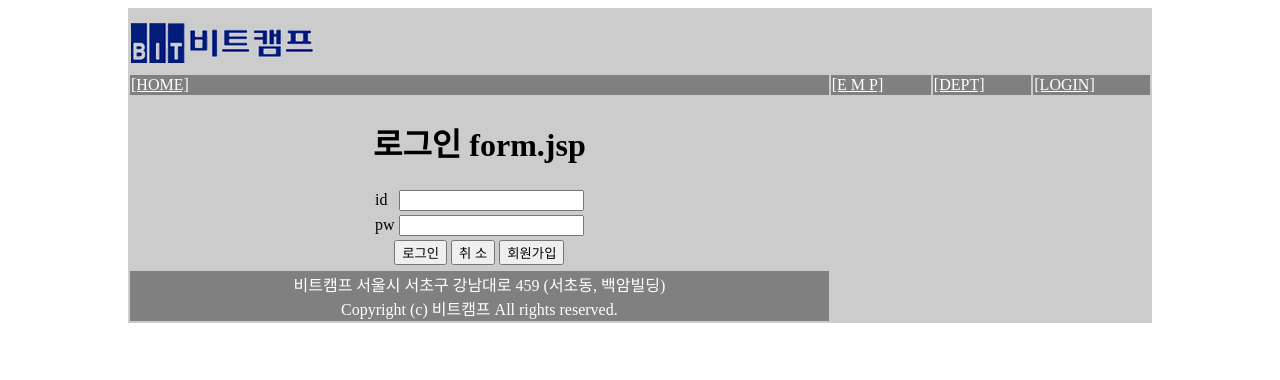
Repository: kwakjaeyeon/webWorkspace
Page: http://localhost/web05/login/form.jsp
The author's editor kept a copy of each file at every save. The page is drawn from the files as they stood at one save, then again after the next save.
The browser window is 1280 px wide. The pictures show the whole page.
The page is served by Tomcat 9.

Above is the page before, as saved 2020-07-03 07:28:42.

### web05/WebContent/login/form.jsp
<%@ page language="java" contentType="text/html; charset=EUC-KR"
    pageEncoding="EUC-KR"%>
<!DOCTYPE html PUBLIC "-//W3C//DTD HTML 4.01 Transitional//EN" "http://www.w3.org/TR/html4/loose.dtd">
<html>
<head>
<meta http-equiv="Content-Type" content="text/html; charset=EUC-KR">
<title>Insert title here</title>
</head>
<body>
<%@ include file = "../template/header.jspf" %>
<%@ include file = "../template/menu.jspf" %>
<center>
	<h1>로그인 form.jsp</h1>
	<form action = "result.jsp" method = "post">
		<table>
		<%
		String param = request.getParameter("err");
		if(param != null) {
		%>
		<tr>
			<td colspan = "2" bgcolor = "red">id, pw를 확인하세요</td>
		</tr>
		<%} %>
			<tr>
				<td>id</td>
				<td><input type = "text" name = "id"></td>
			</tr>
			<tr>
				<td>pw</td>
				<td><input type = "password" name = "pw"></td>
			</tr>
			<tr>
				<td colspan = "2" align = "center" bgcolor = "#cccccc">
					<input type = "submit" value = "로그인">
					<input type = "reset" value = "취 소">
					<input type = "button" value = "회원가입">
				</td>
			</tr>


		</table>
	</form>
<%@ include file = "../template/footer.jspf" %>
</center>
</body>
</html>

### web05/WebContent/template/header.jspf
<%@ page language="java" contentType="text/html; charset=EUC-KR"
    pageEncoding="EUC-KR" import="java.sql.*" %>

<%!
java.sql.Connection conn = null;
java.sql.Statement stmt = null;
java.sql.ResultSet rs = null;
String driver = "oracle.jdbc.driver.OracleDriver";
String url = "jdbc:oracle:thin:@localhost:1521:xe";
String user = "scott";
String password = "tiger";
%>

<table width = "1024" align = "CENTER" bgcolor="#cccccc">
	<tr>
		<td>
		<a href = "/web05/index.jsp" ><img src = "/web05/img/logo.png"></a>
		</td>
	</tr>

### web05/WebContent/template/menu.jspf
<%@ page language="java" contentType="text/html; charset=EUC-KR"
    pageEncoding="EUC-KR"%>

	<tr bgcolor="gray">
			<td><a href = "/web05/index.jsp" style = "color:white;">[HOME]</a></td>
			<td><a href = "/web05/emp/list.jsp" style = "color:white;">[E M P]</a></td>
			<td><a href = "/web05/dept/list.jsp" style = "color:white;">[DEPT]</a></td>
			<td><a href = "/web05/login/form.jsp" style = "color:white;">[LOGIN]</a></td>
	</tr>
	<tr>
		<td>
			<!-- content start -->

### web05/WebContent/template/footer.jspf
<%@ page language="java" contentType="text/html; charset=EUC-KR"
    pageEncoding="EUC-KR"%>
<!-- content end -->
		</td>
	</tr>
	<tr>
		<td bgcolor="gray"  align = "CENTER">
			<font color = "white">
			비트캠프 서울시 서초구 강남대로 459 (서초동, 백암빌딩)<br>
			Copyright (c) 비트캠프 All rights reserved.
			</font>
		</td>
	</tr>




</table>

After the next save:
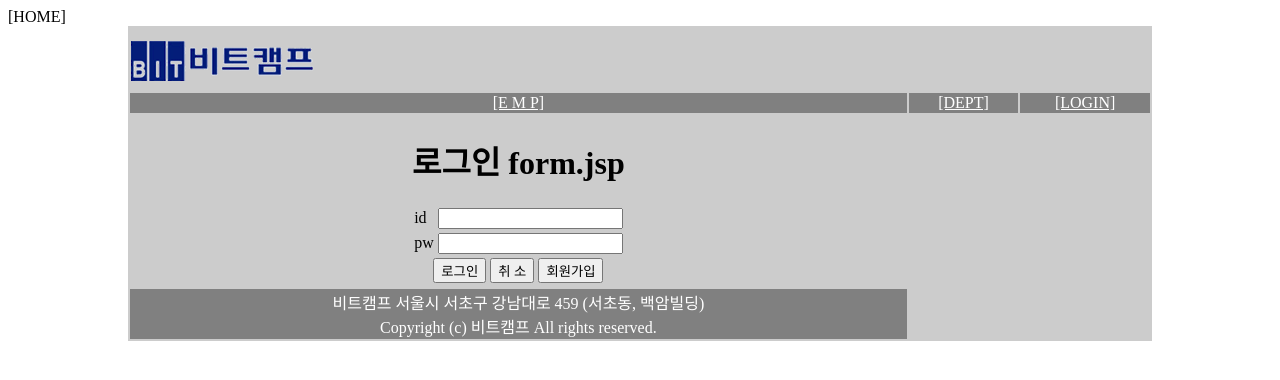
Saved 2 min 7 s later.
--- a/web05/WebContent/template/menu.jspf
+++ b/web05/WebContent/template/menu.jspf
@@ -1,7 +1,7 @@
 <%@ page language="java" contentType="text/html; charset=EUC-KR"
     pageEncoding="EUC-KR"%>
 
-	<tr bgcolor="gray">
+	<tr align = "center" bgcolor="gray" width = "100'>
 			<td><a href = "/web05/index.jsp" style = "color:white;">[HOME]</a></td>
 			<td><a href = "/web05/emp/list.jsp" style = "color:white;">[E M P]</a></td>
 			<td><a href = "/web05/dept/list.jsp" style = "color:white;">[DEPT]</a></td>

After the save that followed:
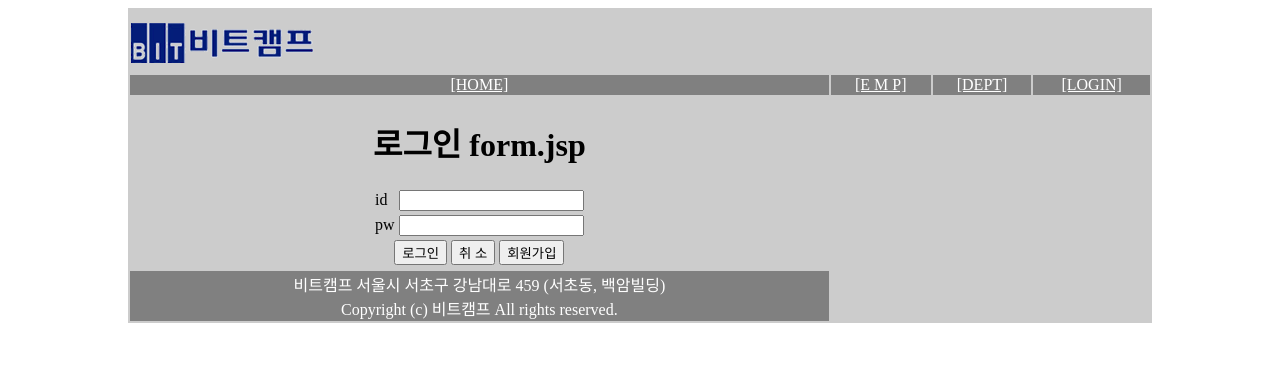
Saved 5 s later.
--- a/web05/WebContent/template/menu.jspf
+++ b/web05/WebContent/template/menu.jspf
@@ -1,7 +1,7 @@
 <%@ page language="java" contentType="text/html; charset=EUC-KR"
     pageEncoding="EUC-KR"%>
 
-	<tr align = "center" bgcolor="gray" width = "100'>
+	<tr align = "center" bgcolor="gray" width = "100">
 			<td><a href = "/web05/index.jsp" style = "color:white;">[HOME]</a></td>
 			<td><a href = "/web05/emp/list.jsp" style = "color:white;">[E M P]</a></td>
 			<td><a href = "/web05/dept/list.jsp" style = "color:white;">[DEPT]</a></td>
